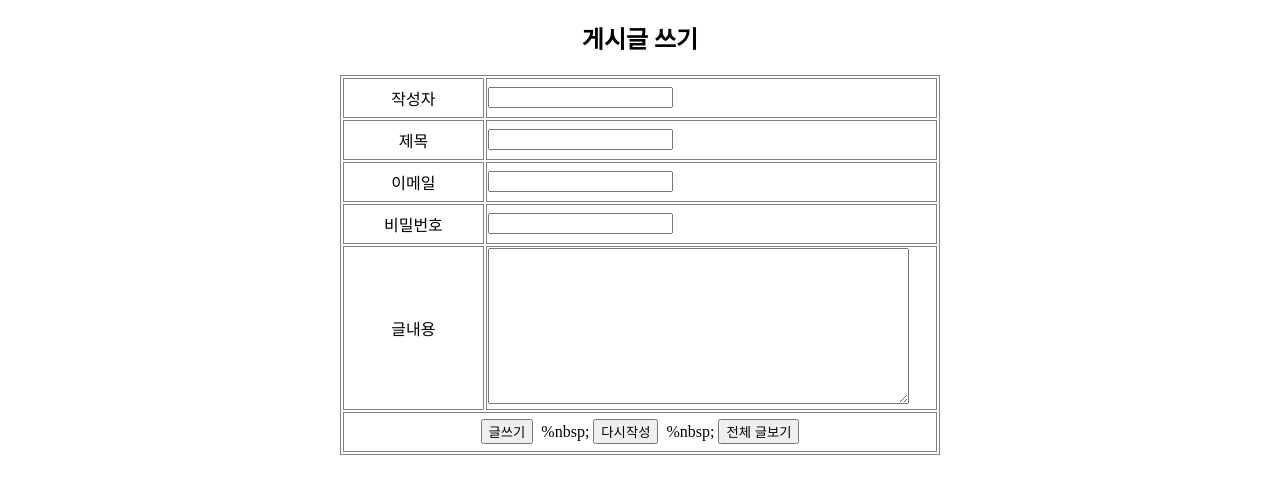
Repository: kdw1437/CreateBoardProject
Page: http://localhost/Board/BoardWriteForm.jsp
These files come from the project's save history. The page is drawn as it stood at one moment and after the next save; the edit follows.
The browser window is 1280 px wide. The pictures show the whole page.
The page is served by Tomcat 9.

Above is the page before, as saved 2024-08-07 05:54:04.

After the next save:
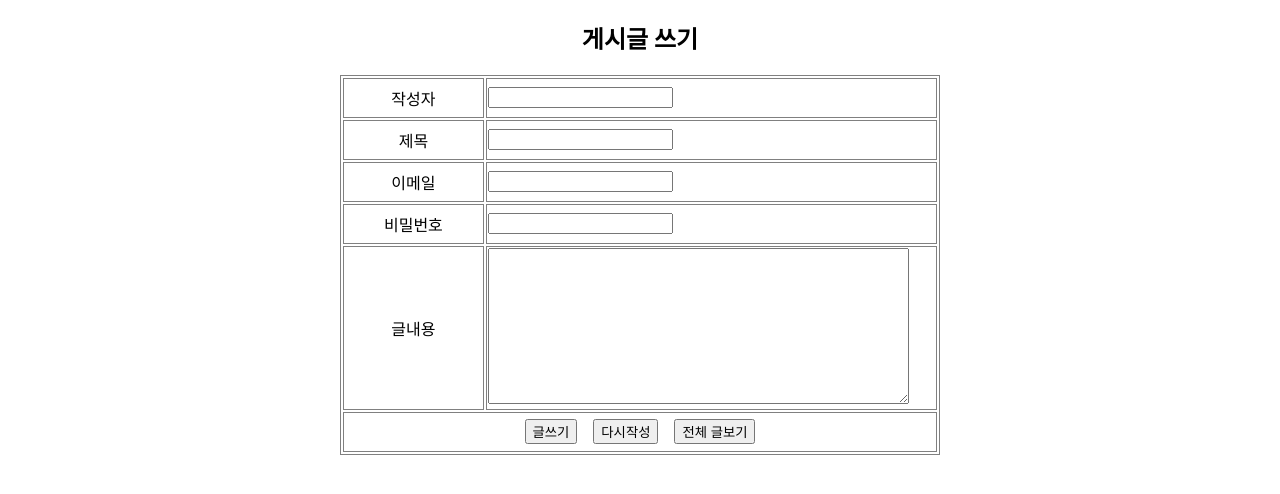
Saved 51 s later.
--- a/Board/src/main/webapp/BoardWriteForm.jsp
+++ b/Board/src/main/webapp/BoardWriteForm.jsp
@@ -31,8 +31,8 @@
 	</tr>
 	<tr height="40">
 		<td align="center" colspan="2">
-			<input type="submit" value="글쓰기"> &nbsp;%nbsp;
-			<input type="reset" value="다시작성"> &nbsp;%nbsp;
+			<input type="submit" value="글쓰기"> &nbsp;&nbsp;
+			<input type="reset" value="다시작성"> &nbsp;&nbsp;
 			<button onclick="location.href='BoardList.jsp'">전체 글보기</button>
 		</td>
 	</tr>
